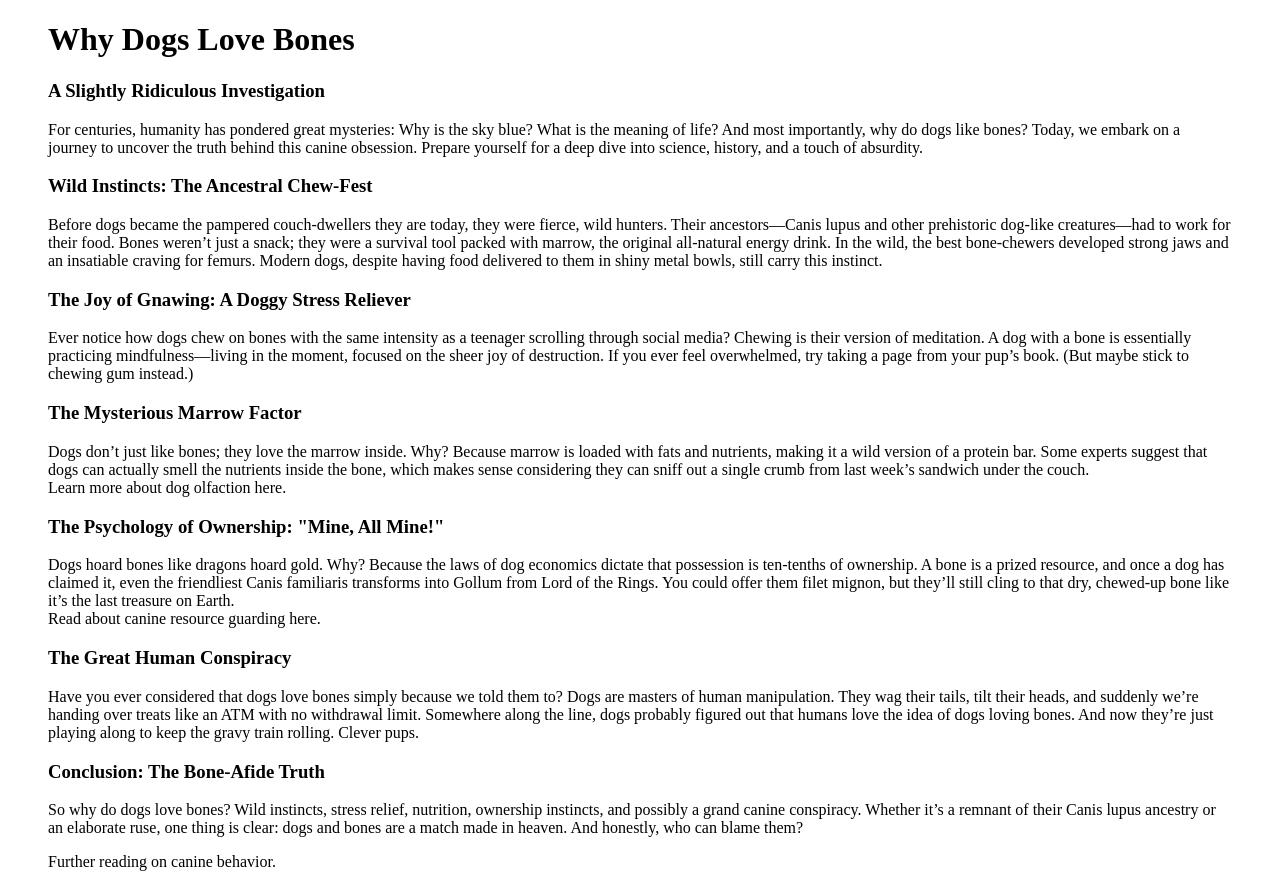
Repository: Leith-vdl/apprentice-challenge-1
Page: index.html
The author's editor kept a copy of each file at every save. The page is drawn from the files as they stood at one save, then again after the next save.
The browser window is 1280 px wide. The pictures show the whole page.

Above is the page before, as saved 2025-01-31 15:00:39.

After the next save:
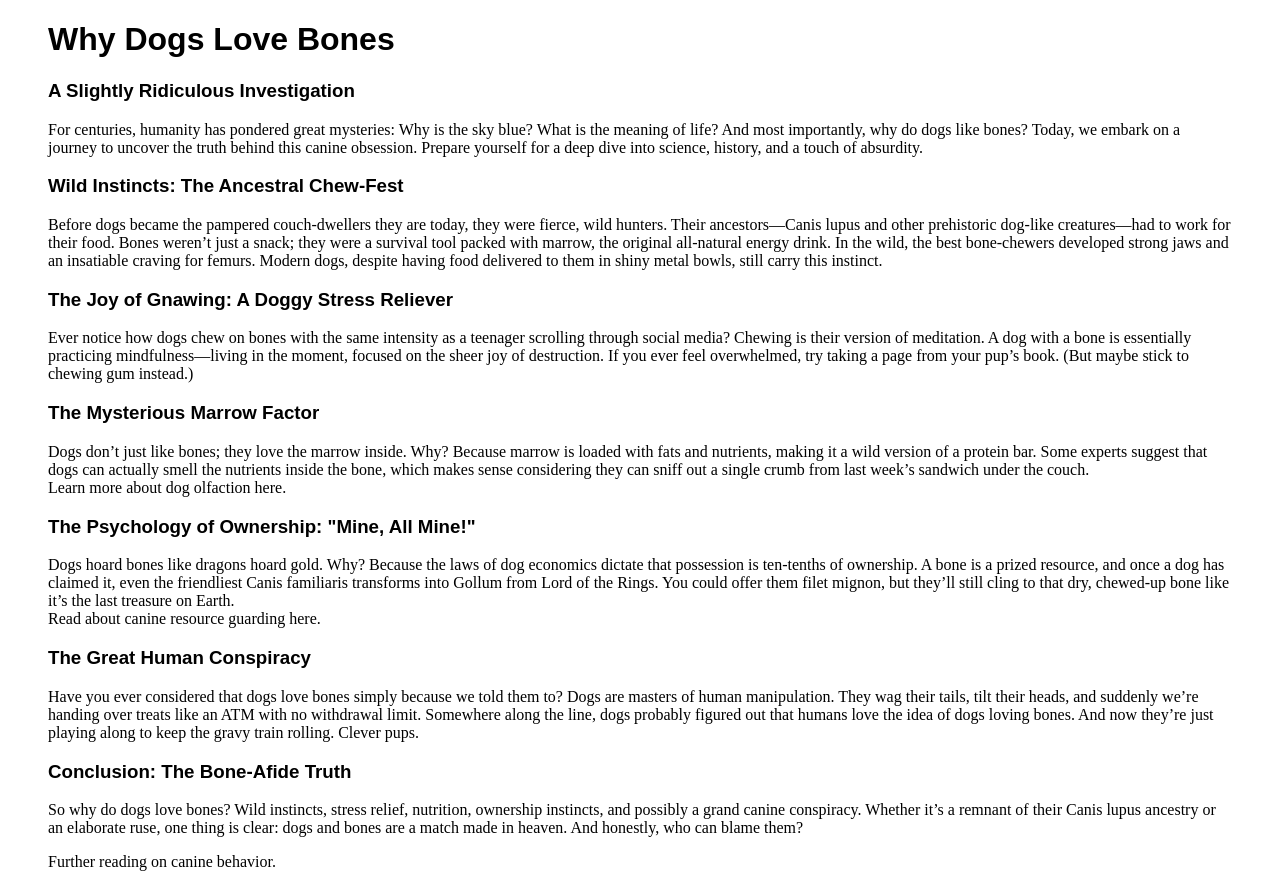
Saved 30 s later.
--- a/styles/styles.css
+++ b/styles/styles.css
@@ -1,3 +1,7 @@
 body {
     margin: 0.5em 3em;
 }
+
+h1, h3 {
+    font-family: Arial, Helvetica, sans-serif;
+}
